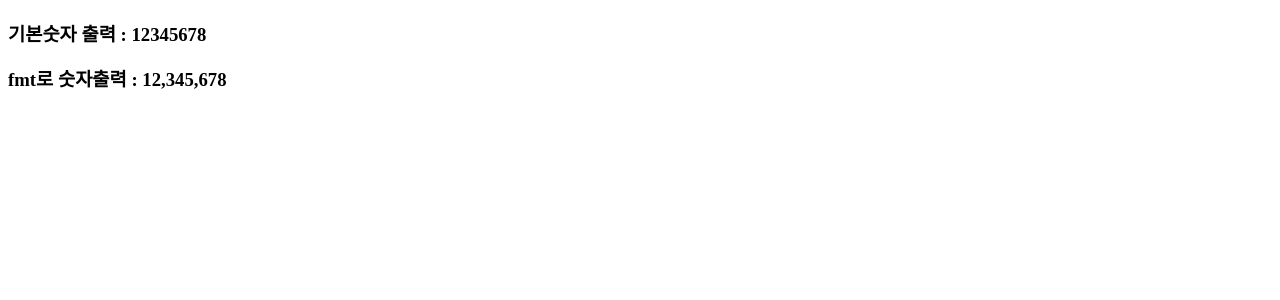
Repository: yongmin0309/mybatis1
Page: http://localhost/eL_JSTL/views/jstl/formattag.jsp
An editor plug-in stored every save of this project. The page is shown before and after the next save, followed by the edit.
The browser window is 1280 px wide. The pictures show the whole page.
The page is served by Tomcat 9.

Above is the page before, as saved 2024-04-20 07:59:24.

After the next save:
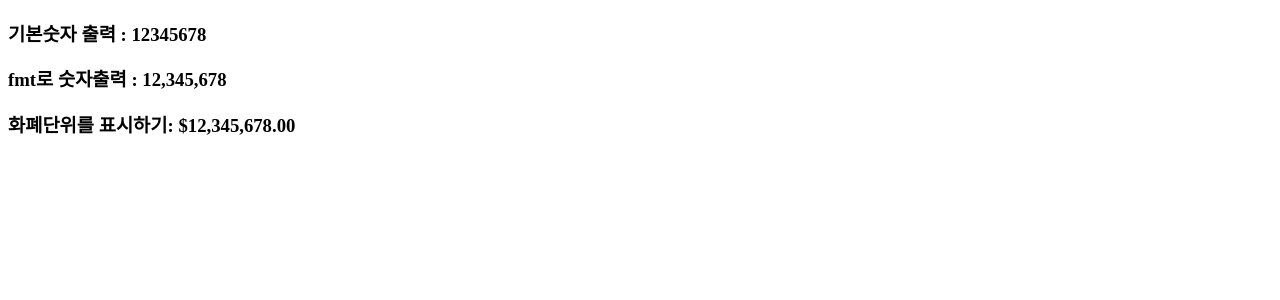
Saved 2 min 3 s later.
--- a/work/eL_JSTL/src/main/webapp/views/jstl/formattag.jsp
+++ b/work/eL_JSTL/src/main/webapp/views/jstl/formattag.jsp
@@ -13,6 +13,9 @@
 
 	<h3>기본숫자 출력 : <c:out value="${numbertest }"/></h3>
 	<h3>fmt로 숫자출력 : <fmt:formatNumber value="${numbertest }"/></h3>
+	<h3>화폐단위를 표시하기: <fmt:formatNumber value="${numbertest }"
+	type="currency"/>
+	</h3>
 
 </body>
 </html>
